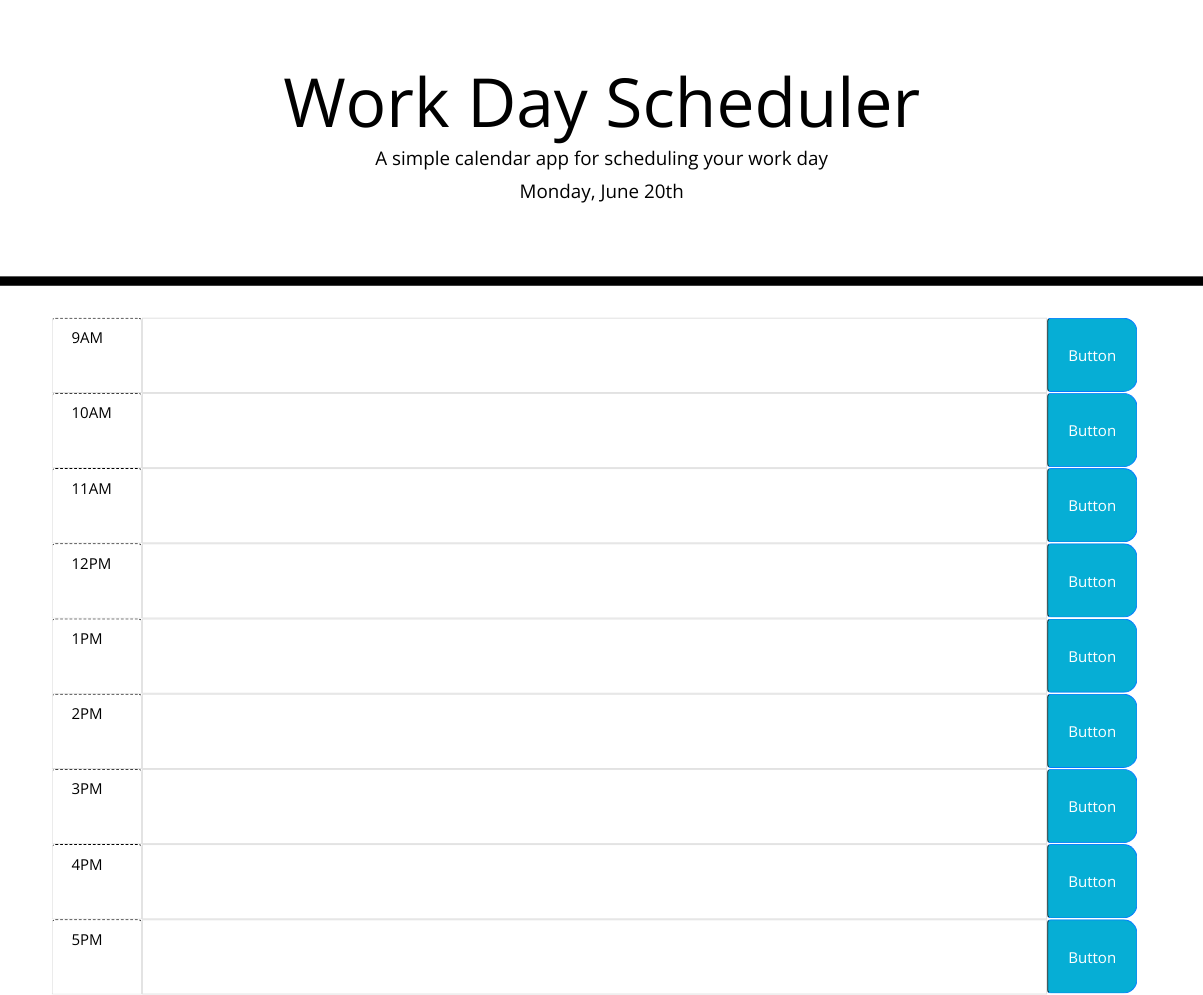
Repository: dtierney21/work-day-scheduler
Page: index.html
The author's editor kept a copy of each file at every save. The page is drawn from the files as they stood at one save, then again after the next save.
The browser window is 1280 px wide. The pictures show the whole page, at 94% of full size.
Some web libraries are served in a nearby version.

Above is the page before, as saved 2022-06-28 12:18:45.

After the next save:
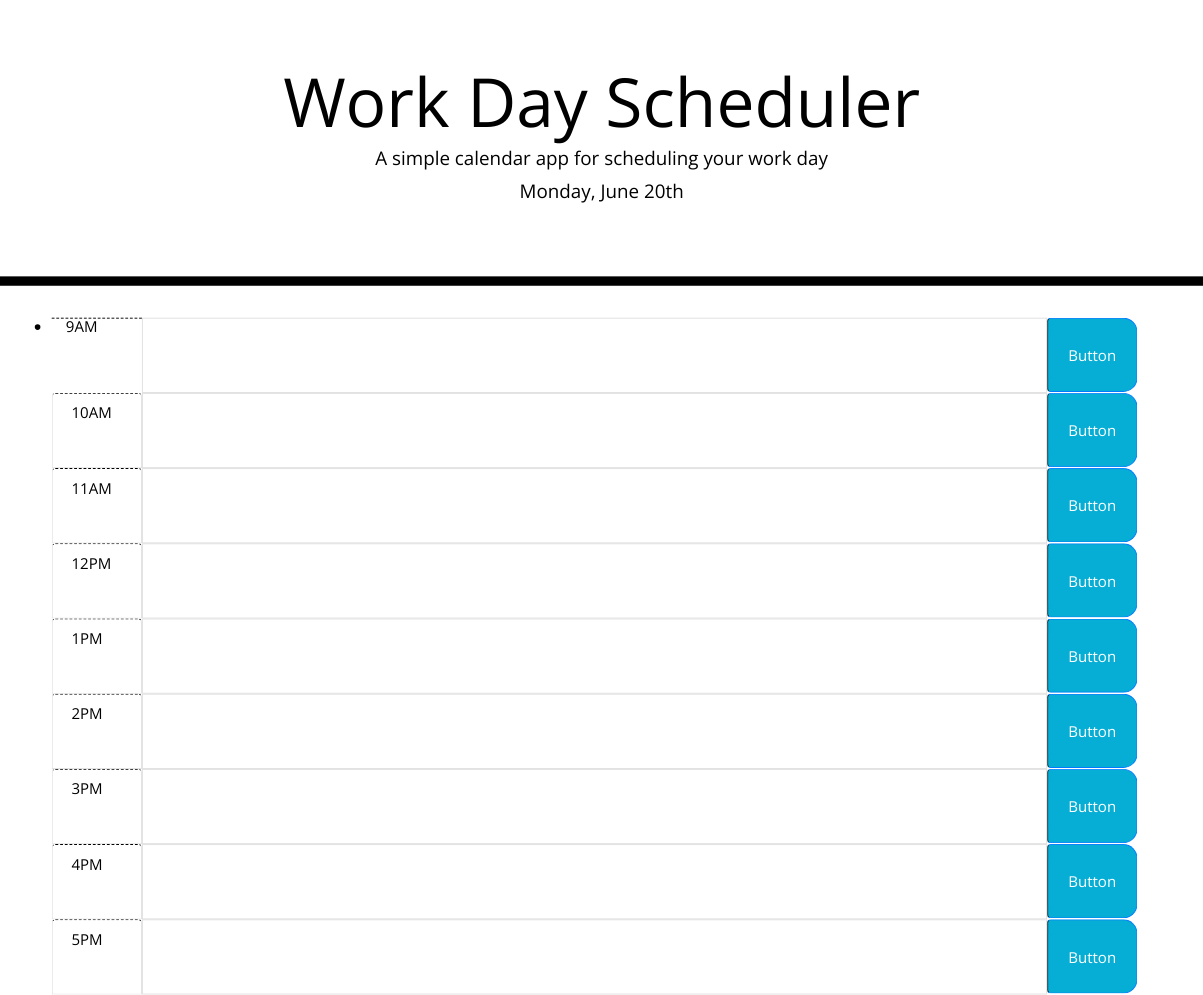
Saved 116 min 15 s later.
--- a/index.html
+++ b/index.html
@@ -33,7 +33,7 @@
       <!-- Timeblocks go here -->
             <ul class="list-group col-12">
                 <div class="row">
-                    <li class="list-group-item hour col-1">9AM</li>
+                    <li class="hour col-1">9AM</li>
                     <li class="list-group-item col-10"></li>
                     <button class="btn btn-primary  saveBtn col-1" type="submit">Button</button>
                 </div>
